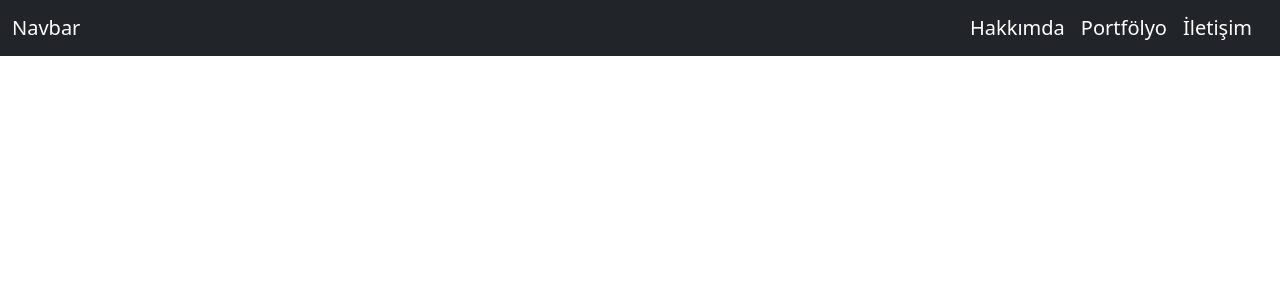
Repository: adnanyagmur/react-bootstrap-example
Page: /
The author's editor kept a copy of each file at every save. The page is drawn from the files as they stood at one save, then again after the next save.
The browser window is 1280 px wide. The pictures show the whole page.
The project was rebuilt for these pictures with package versions that can differ from the ones it lists, and the page was loaded fresh each time.

Above is the page before, as saved 2022-06-28 17:25:30.

After the next save:
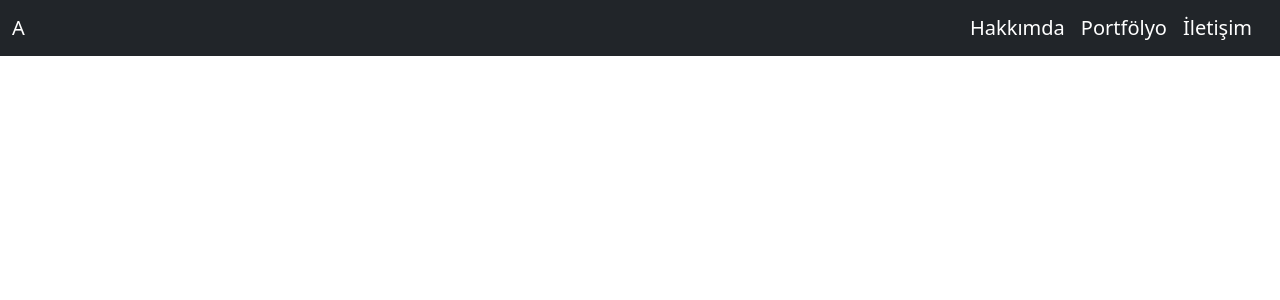
Saved 2 min 7 s later.
--- a/src/appComponents/Appbar.jsx
+++ b/src/appComponents/Appbar.jsx
@@ -5,8 +5,9 @@ const Appbar =()=>{
         <>
   <nav class="navbar navbar-dark bg-dark">
   <div class="container-fluid">
-    <a class="navbar-brand">Navbar</a>
+    <a class="navbar-brand">A</a>
     <form class="d-flex" role="search">
+    <a class="navbar-brand"></a>
     <a class="navbar-brand">Hakkımda</a>
     <a class="navbar-brand">Portfölyo</a>
     <a class="navbar-brand">İletişim</a>
